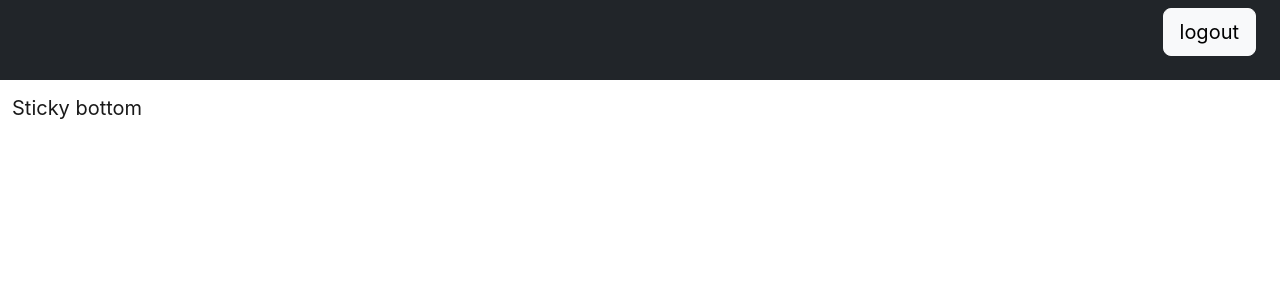
Repository: Sakshamccna/React
Page: /
An editor plug-in stored every save of this project. The page is shown before and after the next save, followed by the edit.
The browser window is 1280 px wide. The pictures show the whole page.
The project was rebuilt for these pictures with package versions that can differ from the ones it lists, and the page was loaded fresh each time.

Above is the page before, as saved 2022-12-26 10:25:22.

After the next save:
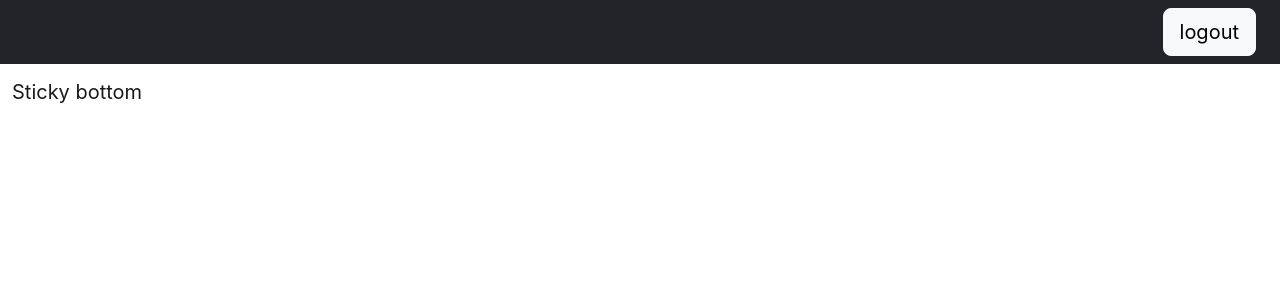
Saved 9 s later.
--- a/src/Components/Headers.tsx
+++ b/src/Components/Headers.tsx
@@ -7,7 +7,7 @@ function Headers() {
             <nav className="navbar sticky-top navbar-lig bg-dark topnav-right">
 
                 <div className="topnav-right">
-                    <div className="d-flex justify-content-center mx-4 mb-3 ">
+                    <div className="d-flex justify-content-center mx-4 ">
                         <button type="button" className="btn btn-light btn-lg">logout</button>
                     </div>
 
